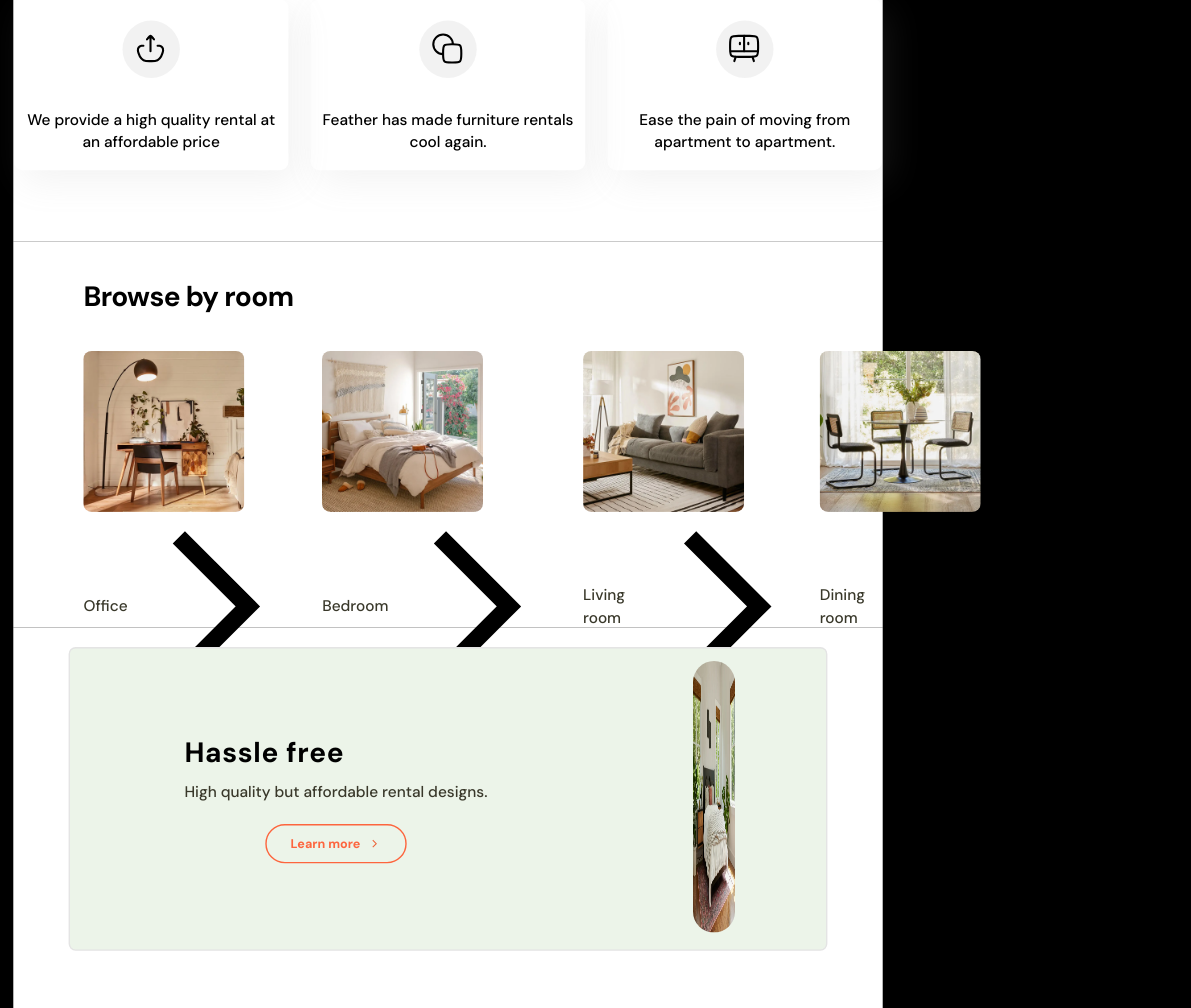
Repository: noman-source/Furniture-website
Page: index.html
The author's editor kept a copy of each file at every save. The page is drawn from the files as they stood at one save, then again after a run of saves.
The browser window is 1280 px wide. The page is 1482 px wide, then 1702 px, so the pictures cover 1702 px, including what lies to the right of the window. The pictures show the part of the page from y = 906 to 2346 px (the page is 4311 px tall), at 70% of full size.

Above is the page before, as saved 2025-07-04 13:01:39.

After the next 3 saves:
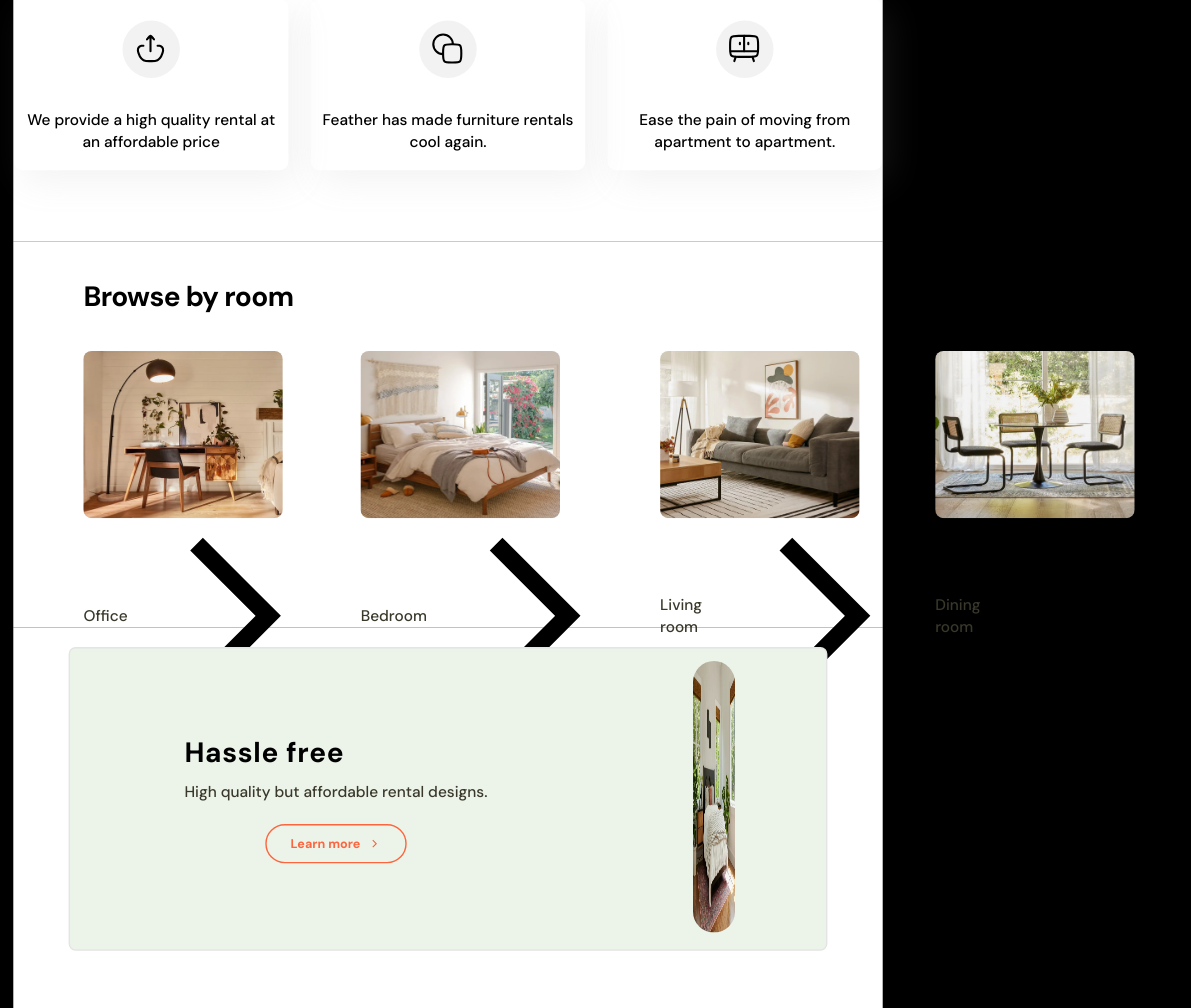
The 3 saves are shown as one change because they came seconds apart.
The last was saved 4 min 27 s later.
--- a/style.css
+++ b/style.css
@@ -261,8 +261,8 @@
 }
 
 .section4 .section4-content .box img {
-    height: 230px;
-    width: 230px;
+    height: 239px;
+    width: 285px;
     border-radius: 12px;
 }
 
